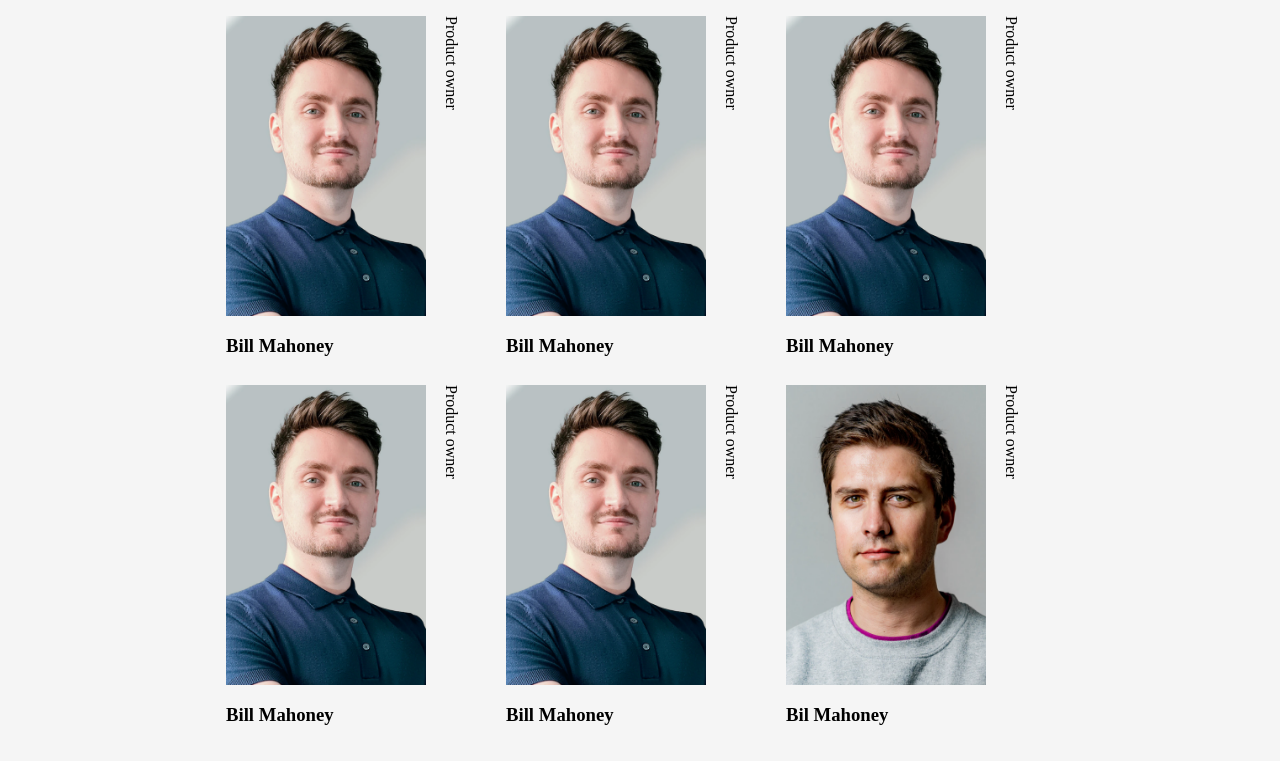
Repository: georgisenze/my-team-page-challeng
Page: index.html
An editor plug-in stored every save of this project. The page is shown before and after a run of saves, followed by the edit.
The browser window is 1280 px wide. The pictures show the whole page.

Above is the page before, as saved 2023-02-22 22:20:04.

### index.html
<!DOCTYPE html>
<html lang="en">
<head>
    <meta charset="UTF-8">
    <meta http-equiv="X-UA-Compatible" content="IE=edge">
    <meta name="viewport" content="width=device-width, initial-scale=1.0">
    <title>My team page</title>

    <link rel="stylesheet" href="assets/css/style.css">
</head>
<body>
     <div class="container" id="container">
        <div class="box">
            <span>
                <img src="assets/img/photo1.png" alt="">
                <p>Product owner</p>
            </span>
            <h3>Bill Mahoney</h3>
        </div>
        <div class="box">
            <span>
                <img src="assets/img/photo1.png" alt="">
                <p>Product owner</p>
            </span>
            <h3>Bill Mahoney</h3>
        </div>
        <div class="box">
            <span>
                <img src="assets/img/photo1.png" alt="">
                <p>Product owner</p>
            </span>
            <h3>Bill Mahoney</h3>
        </div>
        <div class="box">
            <span>
                <img src="assets/img/photo1.png" alt="">
                <p>Product owner</p>
            </span>
            <h3>Bill Mahoney</h3>
        </div>
        <div class="box">
            <span>
                <img src="assets/img/photo1.png" alt="">
                <p>Product owner</p>
            </span>
            <h3>Bill Mahoney</h3>
        </div>
        <div class="box">
            <span>
                <img src="assets/img/photo6.png" alt="">
                <p>Product owner</p>
            </span>
            <h3>Bil Mahoney</h3>
        </div>
      </div>
</body>
</html>

### assets/css/style.css
  body{
    margin: 0;
    padding: 0;
    background-color: whitesmoke;
  }

  .container {
    writing-mode: horizontal-tb;
    display: grid;
    justify-content: center;
    justify-items: center;
    align-items: center;
    align-content: center;
    grid-template-columns: 270px 270px 270px;
    /* grid-template-rows: repeat(2,minmax(100px, auto)); */
    grid-auto-flow: row;
    gap: 10px;
    padding: 1em;
  }

  img {
    width: 200px;
    height: 300px;
  }

  span{
    display: flex;
  }

  span p {
    writing-mode: vertical-rl;
    text-orientation: mixed;
  }

  label {
    --flow-space: 1rem;
    display: grid;
    grid-template-columns: 180px min-content;
    gap: 0.2rem;
  }

After the next 3 saves:
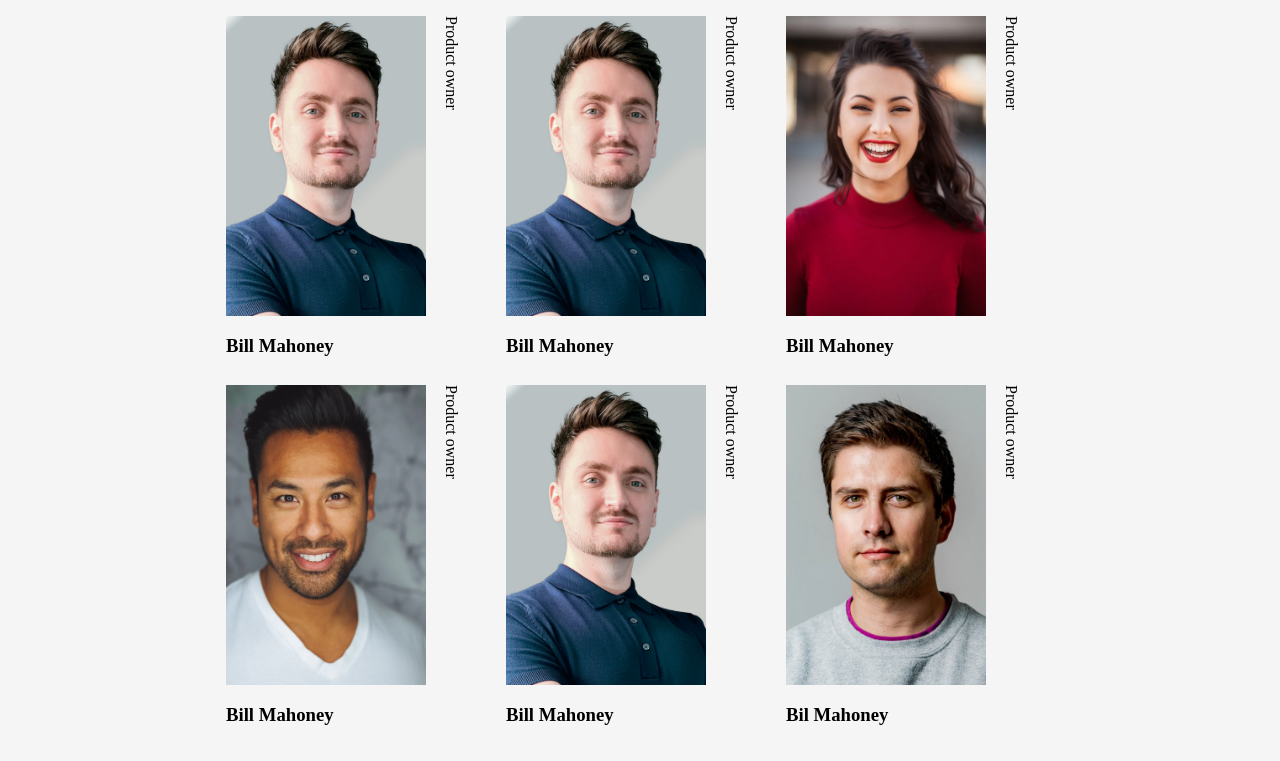
The 3 saves are shown as one change because they came seconds apart.
The last was saved 9 s later.
--- a/index.html
+++ b/index.html
@@ -26,14 +26,14 @@
         </div>
         <div class="box">
             <span>
-                <img src="assets/img/photo1.png" alt="">
+                <img src="assets/img/photo2.png" alt="">
                 <p>Product owner</p>
             </span>
             <h3>Bill Mahoney</h3>
         </div>
         <div class="box">
             <span>
-                <img src="assets/img/photo1.png" alt="">
+                <img src="assets/img/photo3.png" alt="">
                 <p>Product owner</p>
             </span>
             <h3>Bill Mahoney</h3>
